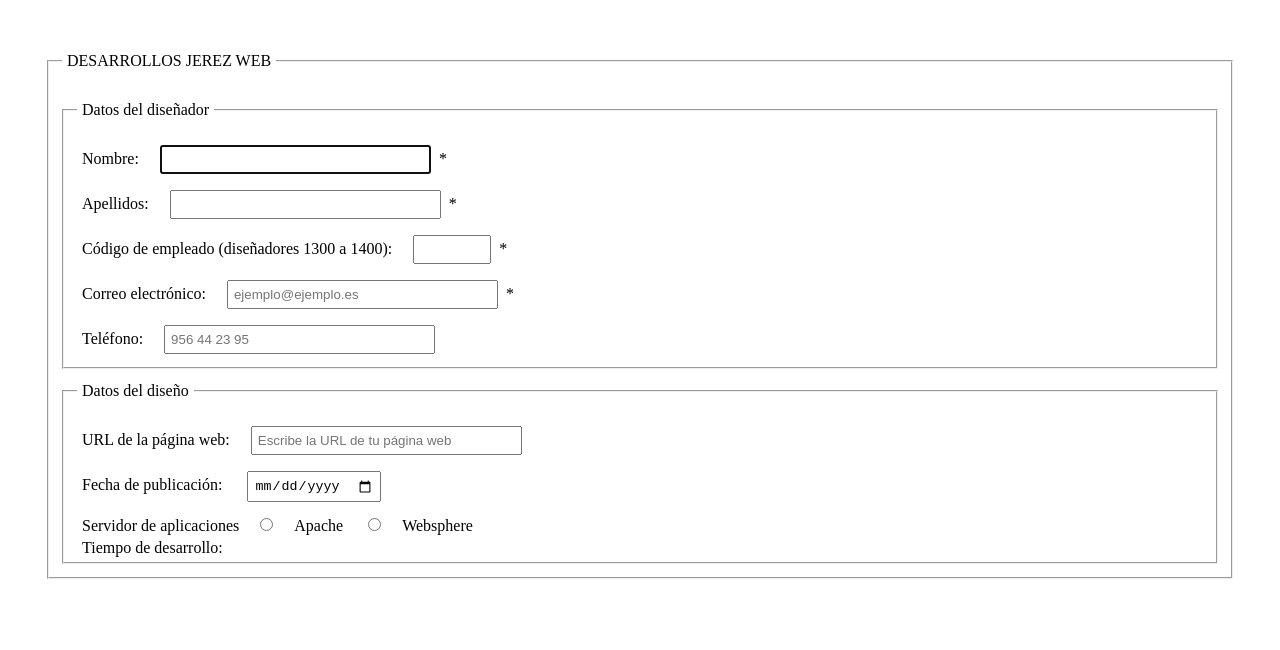
Repository: iSaan86/EV_Practica_FormularioCSS
Page: index.html
These files come from the project's save history. The page is drawn as it stood at one moment and after the next save; the edit follows.
The browser window is 1280 px wide. The pictures show the whole page.

Above is the page before, as saved 2024-01-11 16:58:33.

After the next save:
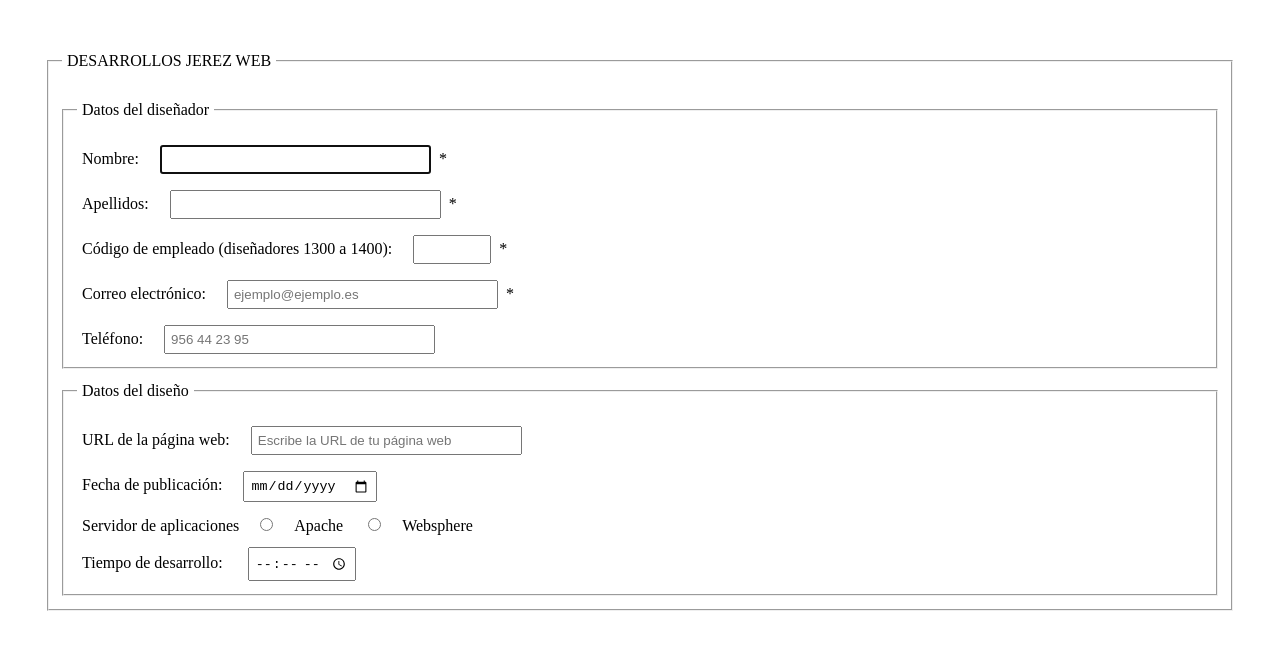
Saved 36 s later.
--- a/index.html
+++ b/index.html
@@ -27,10 +27,10 @@
             </fieldset>
             <fieldset><legend class="datos2">Datos del diseño</legend>
                 <label for="url">URL de la página web:</label><input type="url" id="url" name="url" alt="indique la URL de la pagina web" size="30%" placeholder="Escribe la URL de tu página web"><br>
-                <label for="fecha">Fecha de publicación:</label> <input type="date" name="fecha" id="fecha"><br>
+                <label for="fecha">Fecha de publicación:</label><input type="date" name="fecha" id="fecha"><br>
                 <label for="servidor">Servidor de aplicaciones</label><input type="radio" id="apache" name="servidor" alt="verificar apache" value="Apache"><label for="hombre">Apache</label>
                 <input type="radio" id="websphere" name="servidor" alt="verificar websphere" value="Websphere"><label for="mujer">Websphere</label><br>
-                <label for="tiempo">Tiempo de desarrollo:</label>
+                <label for="tiempo">Tiempo de desarrollo:</label> <input type="time" name="tiempo" id="tiempo"><br>
             </fieldset>
 
 
